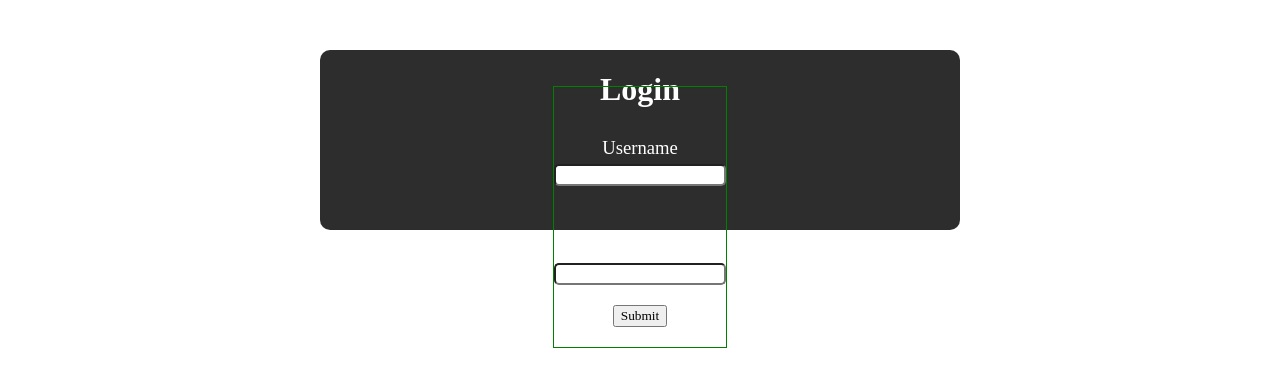
Repository: rdf004/playfab_blackjack
Page: /
These files come from the project's save history. The page is drawn as it stood at one moment and after the next save; the edit follows.
The browser window is 1280 px wide. The pictures show the whole page.
Some web fonts or font styles are not loaded; a fallback is used. The project was rebuilt for these pictures with package versions that can differ from the ones it lists, and the page was loaded fresh each time. Also part of the build but not shown: src/Components/App.js.

Above is the page before, as saved 2020-05-07 20:30:31.

### src/index.js
import React from 'react';
import ReactDOM from 'react-dom';
import './Style/style.css';
import App from './Components/App';
import Login from './Components/Login';
import * as serviceWorker from './serviceWorker';

ReactDOM.render(
  <React.StrictMode>
    <Login />
  </React.StrictMode>,
  document.getElementById('root')
);

// If you want your app to work offline and load faster, you can change
// unregister() to register() below. Note this comes with some pitfalls.
// Learn more about service workers: https://bit.ly/CRA-PWA
serviceWorker.unregister();

### src/Style/style.css
.login-page {

}

.login-div {
    background-color: #2D2D2D;
    width: 50vw;
    height: 25vh;
    display: grid;
    text-align: center;
    grid-template-columns: 100%;
    grid-template-rows: 20% auto;
    margin: auto;
    margin-top: 50px;

    border-radius: 10px;
}

.form-div {
    margin-top: 50px;
}

.login-form {
    margin: auto;
    border: 1px solid green;
}

.login-item {
    margin: auto;
    color: white;
}

.login-button {
    margin: 20px auto;
}

.login-input {
    border-radius: 5px;
}

.login-field {
    margin: 5px;
    font-size: 14pt;
}

.login-title {
    color: white;
    font-size: 2rem;
}


html, body {
    margin:0;
    padding:0;
    width:100%;
    height:100%;
    overflow: auto;
}

@font-face {
    font-family: "San Francisco";
    font-weight: 400;
    src: url("https://applesocial.s3.amazonaws.com/assets/styles/fonts/sanfrancisco/sanfranciscodisplay-regular-webfont.woff");
}

* {
    font-family: "San Francisco";
}

### src/Components/Login.js
import React from 'react';
import '../Style/style.css';

class Login extends React.Component {

    render() {
        return(
            <div className="login-page">
                <div className="login-div">
                    <div>
                        <h1 className="login-title">Login</h1>
                    </div>
                    <form className="login-form">
                        <div className="form-div">
                            <label className="login-item">
                                <p className="login-field">Username</p>
                                <input className="login-input" type="text" name="username" />
                            </label>
                        </div>
                        <div className="form-div">
                            <label className="login-item">
                                <p className="login-field">Password</p>
                                <input className="login-input" type="text" name="password" />
                            </label>
                        </div>
                        <input className="login-button" type="submit" value="Submit" />
                    </form>
                </div>
            </div>
        );
    }

}

export default Login;

Loaded but not shown: public/index.html (common file); src/serviceWorker.js (common file)

After the next save:
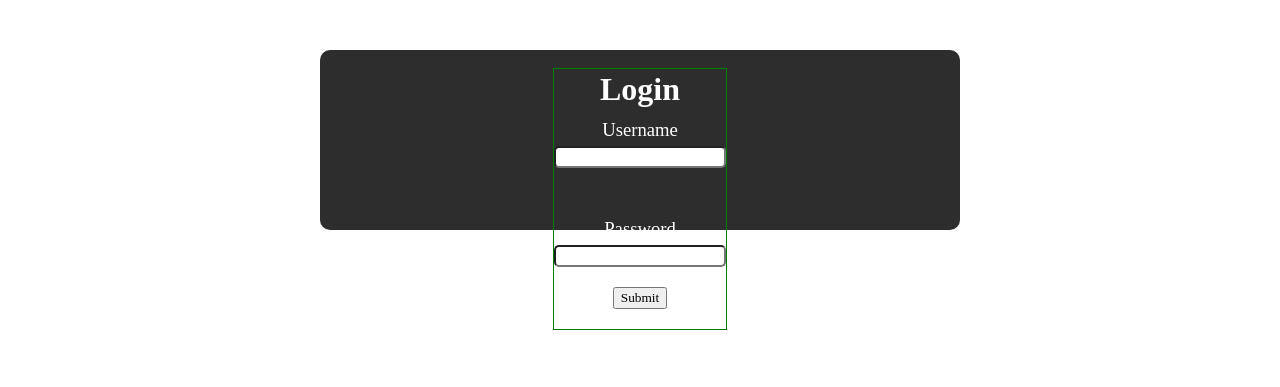
Saved 18 s later.
--- a/src/Style/style.css
+++ b/src/Style/style.css
@@ -9,7 +9,7 @@
     display: grid;
     text-align: center;
     grid-template-columns: 100%;
-    grid-template-rows: 20% auto;
+    grid-template-rows: 10% auto;
     margin: auto;
     margin-top: 50px;
 
